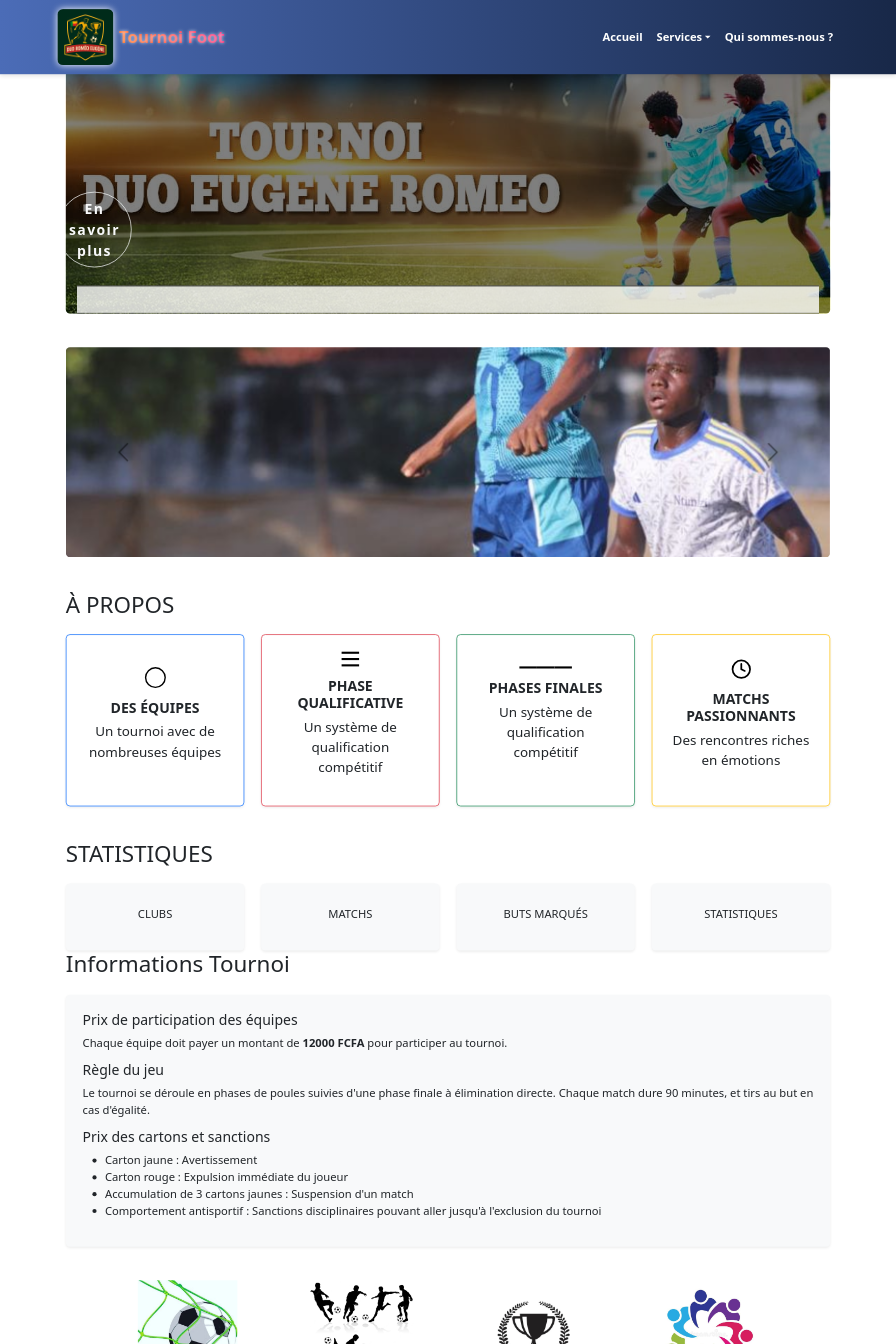
Repository: KILAYOSSI/tournoi_foot
Page: templates/pages/home.html.twig
An editor plug-in stored every save of this project. The page is shown before and after the next save, followed by the edit.
The browser window is 1280 px wide. The pictures show the part of the page from y = 0 to 1920 px (the page is 2731 px tall), at 70% of full size.
The page is a Twig template of a Symfony application; nobody is signed in and links lead nowhere. The template is opened directly, without the code that normally fills it, so the values that code supplies are empty.

Above is the page before, as saved 2025-06-27 00:45:45.

After the next save:
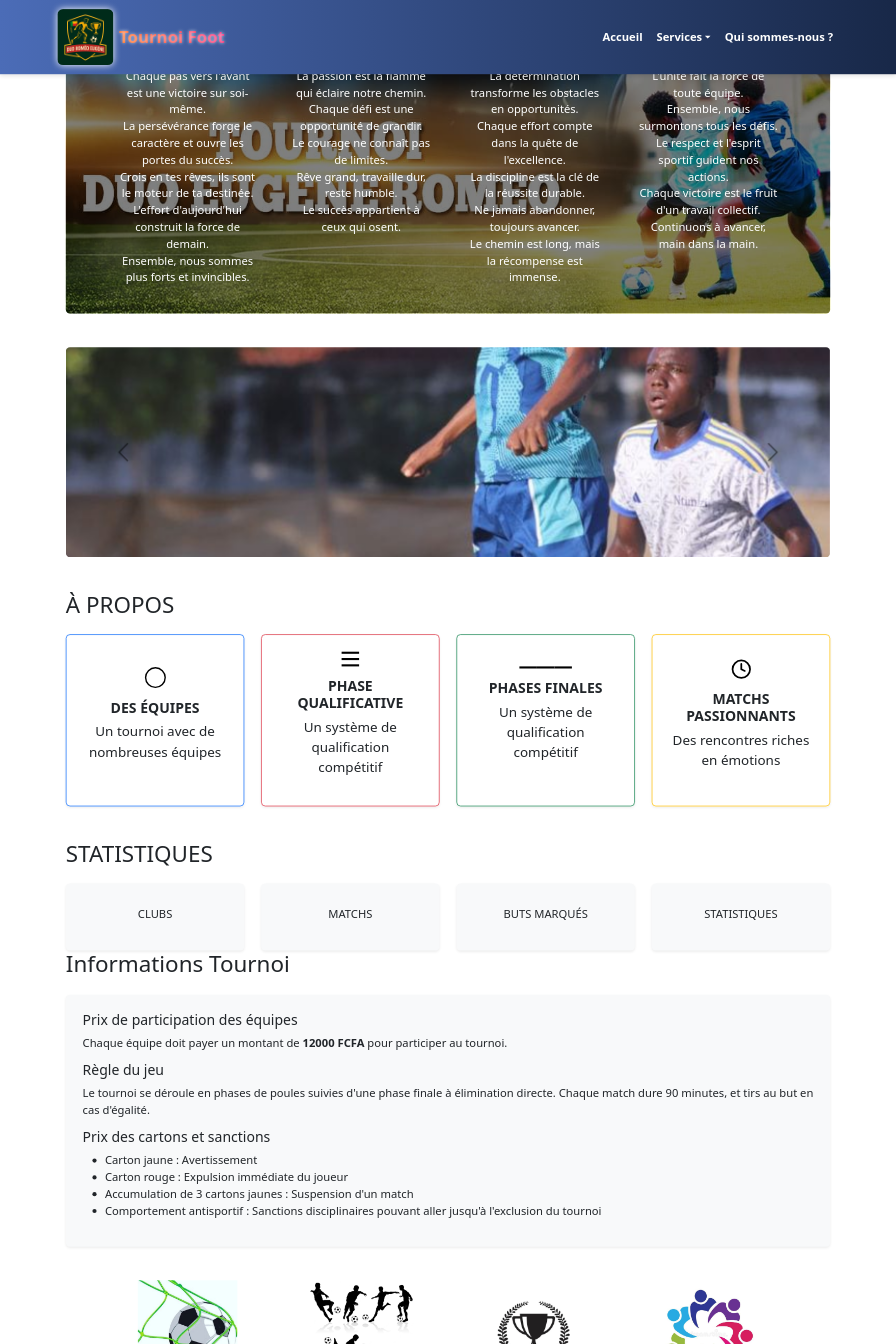
Saved 2 min 31 s later.
--- a/templates/pages/home.html.twig
+++ b/templates/pages/home.html.twig
@@ -15,6 +15,50 @@
             Les matchs durent 90 minutes avec prolongations si nécessaire. &nbsp;&nbsp;&nbsp;
             Les cartons jaunes et rouges sont strictement appliqués. &nbsp;&nbsp;&nbsp;
             Le fair-play est essentiel pour le bon déroulement du tournoi. &nbsp;&nbsp;&nbsp;
+        </div>
+    </div>
+    <div class="container my-4">
+        <div class="hero-icons d-flex justify-content-center gap-5 flex-wrap text-center mt-3">
+            <div class="icon-text" style="max-width: 200px;">
+                <img src="{{ asset('assets/WhatsApp Image 2025-06-26 à 22.33.43_6d2c76fa.jpg') }}" alt="Icone 1" class="img-fluid mb-3" style="max-height: 150px; object-fit: contain;">
+                <p>
+                    Chaque pas vers l'avant est une victoire sur soi-même.<br>
+                    La persévérance forge le caractère et ouvre les portes du succès.<br>
+                    Crois en tes rêves, ils sont le moteur de ta destinée.<br>
+                    L'effort d'aujourd'hui construit la force de demain.<br>
+                    Ensemble, nous sommes plus forts et invincibles.
+                </p>
+            </div>
+            <div class="icon-text" style="max-width: 200px;">
+                <img src="{{ asset('assets/WhatsApp Image 2025-06-26 à 22.33.43_91d2cb3c.jpg') }}" alt="Icone 2" class="img-fluid mb-3" style="max-height: 150px; object-fit: contain;">
+                <p>
+                    La passion est la flamme qui éclaire notre chemin.<br>
+                    Chaque défi est une opportunité de grandir.<br>
+                    Le courage ne connaît pas de limites.<br>
+                    Rêve grand, travaille dur, reste humble.<br>
+                    Le succès appartient à ceux qui osent.
+                </p>
+            </div>
+            <div class="icon-text" style="max-width: 200px;">
+                <img src="{{ asset('assets/WhatsApp Image 2025-06-26 à 22.33.45_8dd9a1c0.jpg') }}" alt="Icone 3" class="img-fluid mb-3" style="max-height: 150px; object-fit: contain;">
+                <p>
+                    La détermination transforme les obstacles en opportunités.<br>
+                    Chaque effort compte dans la quête de l'excellence.<br>
+                    La discipline est la clé de la réussite durable.<br>
+                    Ne jamais abandonner, toujours avancer.<br>
+                    Le chemin est long, mais la récompense est immense.
+                </p>
+            </div>
+            <div class="icon-text" style="max-width: 200px;">
+                <img src="{{ asset('assets/WhatsApp Image 2025-06-25 à 00.20.17_b34a09f6.jpg') }}" alt="Icone 4" class="img-fluid mb-3" style="max-height: 150px; object-fit: contain;">
+                <p>
+                    L'unité fait la force de toute équipe.<br>
+                    Ensemble, nous surmontons tous les défis.<br>
+                    Le respect et l'esprit sportif guident nos actions.<br>
+                    Chaque victoire est le fruit d'un travail collectif.<br>
+                    Continuons à avancer, main dans la main.
+                </p>
+            </div>
         </div>
     </div>
 </div>
